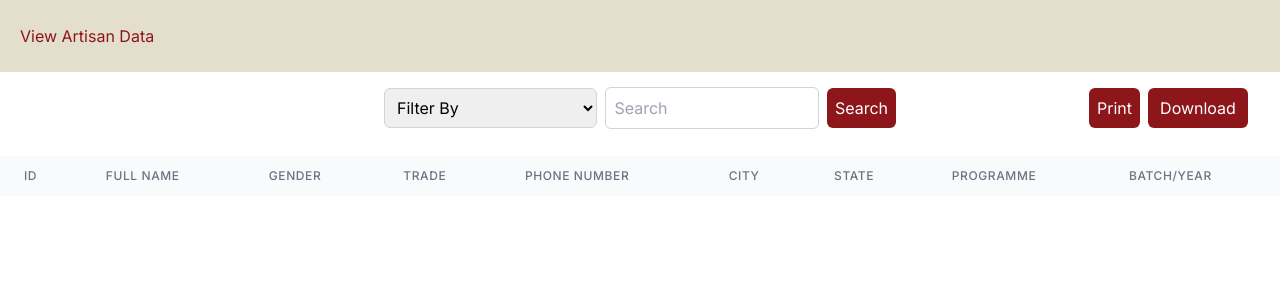
Repository: marcusdashe/artisanindex_frontend
Page: /components/ViewArtisanDataScreen
These files come from the project's save history. The page is drawn as it stood at one moment and after the next save; the edit follows.
The browser window is 1280 px wide. The pictures show the whole page.
The page's requests for data from a server got no answer. The project was rebuilt for these pictures with package versions that can differ from the ones it lists, and the page was loaded fresh each time. The framework's server and built-in components were replaced by stand-ins that run in the browser. No one was signed in, and anything a server would have sent is missing. Also part of the build but not shown: next.config.js.

Above is the page before, as saved 2023-03-13 14:06:10.

After the next save:
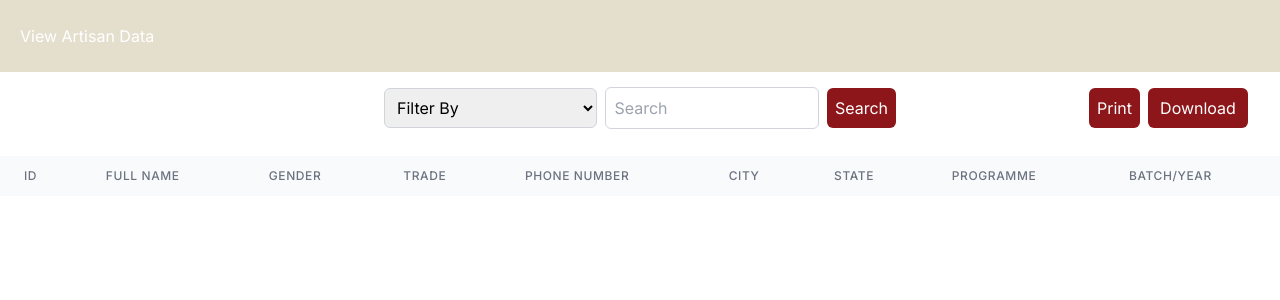
Saved 73 s later.
--- a/pages/components/ViewArtisanDataScreen.js
+++ b/pages/components/ViewArtisanDataScreen.js
@@ -78,7 +78,7 @@
 
   return (
     <div className="w-full h-[100vh]">
-      <div className="w-full h-[10vh] bg-[#e4decd] flex items-center content-center justify-start text-[#8D161A] p-5">
+      <div className="w-full h-[10vh] bg-[#e4decd] flex items-center content-center justify-start text-white p-5">
         View Artisan Data
       </div>
       <div className="w-full h-[10vh] bg-white flex items-center justify-center">

After the save that followed:
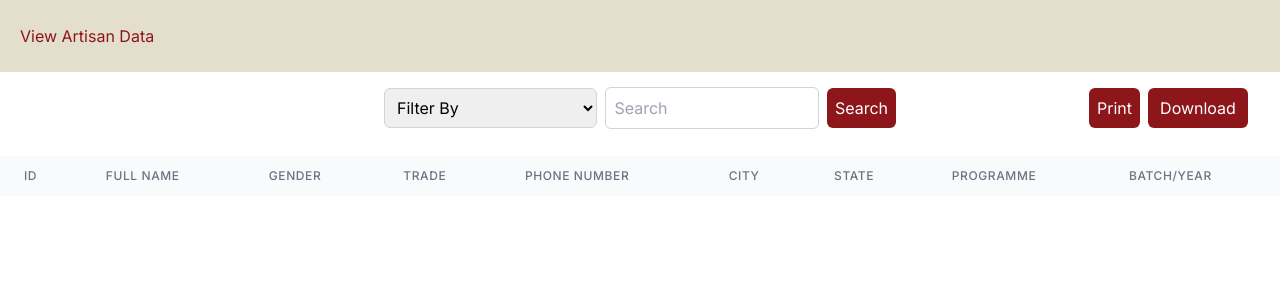
Saved 41 s later.
--- a/pages/components/ViewArtisanDataScreen.js
+++ b/pages/components/ViewArtisanDataScreen.js
@@ -78,7 +78,7 @@
 
   return (
     <div className="w-full h-[100vh]">
-      <div className="w-full h-[10vh] bg-[#e4decd] flex items-center content-center justify-start text-white p-5">
+      <div className="w-full h-[10vh] bg-[#e4decd] flex items-center content-center justify-start text-[#8D161A] p-5">
         View Artisan Data
       </div>
       <div className="w-full h-[10vh] bg-white flex items-center justify-center">
